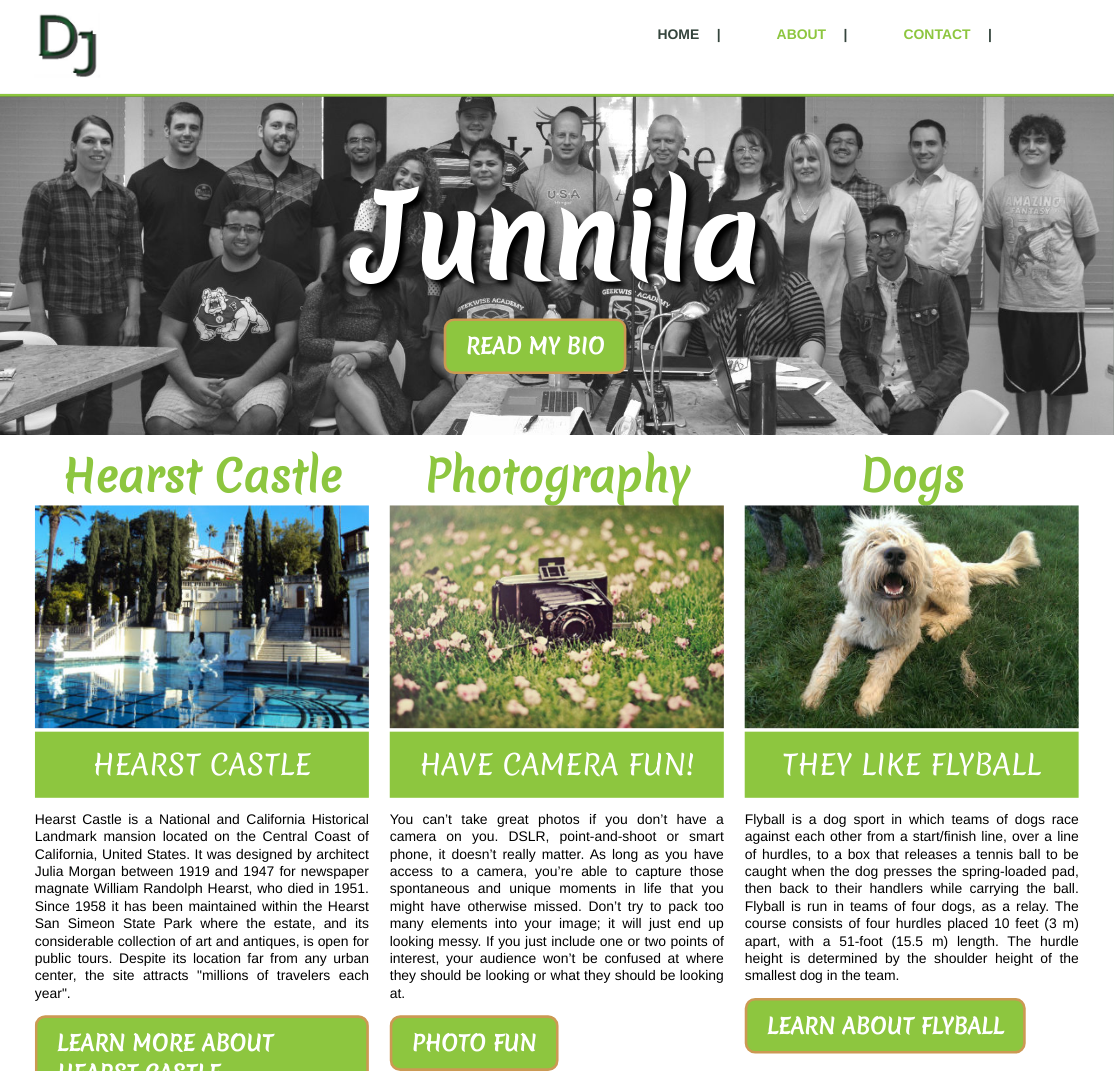
Repository: denajunnila/denaj
Page: index.html
The author's editor kept a record of every edit. The page is drawn from the files as they stood at one moment, then again after the next edit.
The browser window is 1280 px wide. The pictures show the part of the page from y = 0 to 1231 px (the page is 1831 px tall before and 1797 px after), at 87% of full size.
A picture or video elsewhere on the page could not be fetched, so the positions and the page height are approximate.

Above is the page before.

After the next edit:
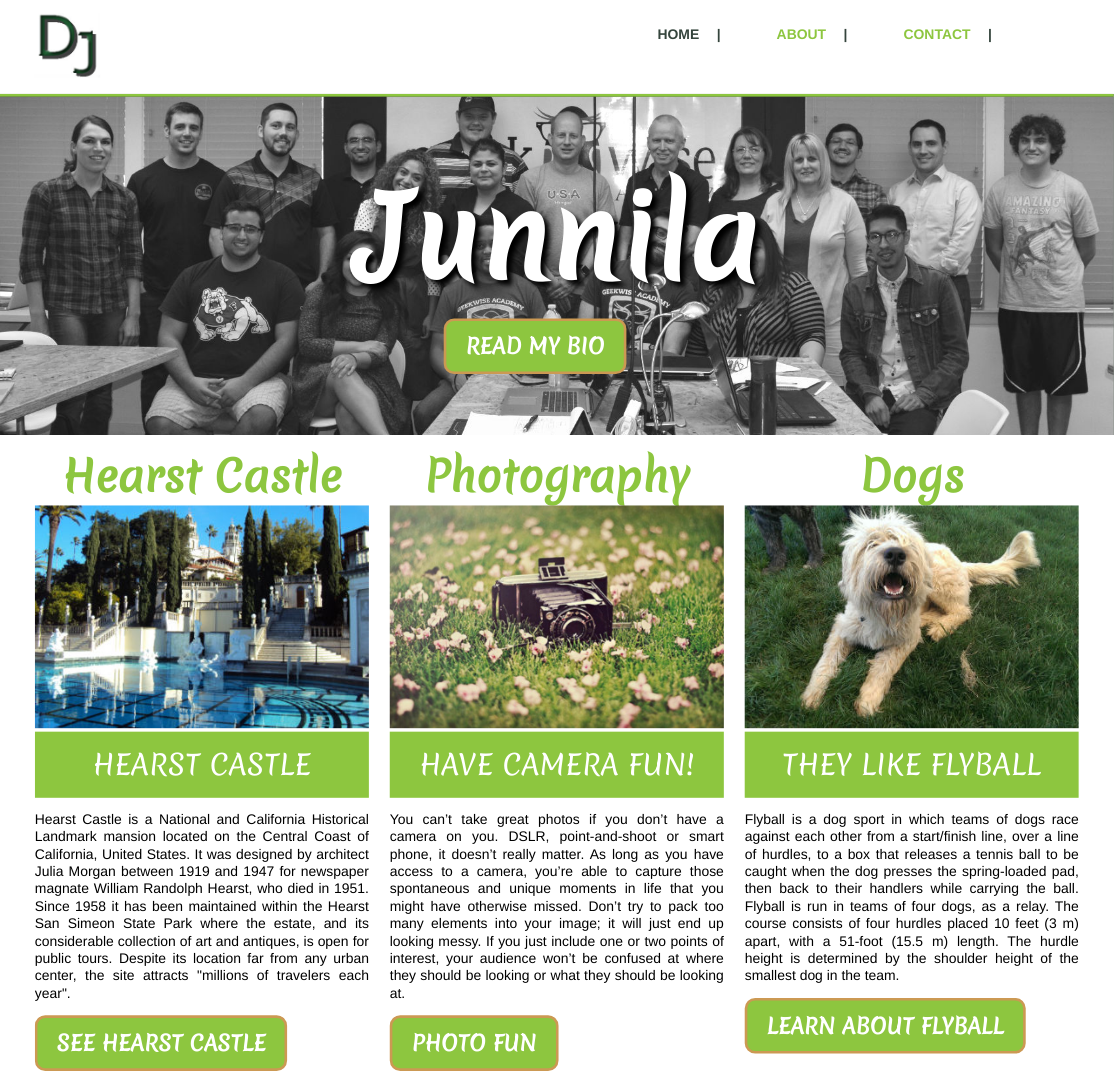
The edit:
--- a/index.html
+++ b/index.html
@@ -48,7 +48,7 @@
                     <span>Hearst Castle</span>
                 </div>
                 <p>Hearst Castle is a National and California Historical Landmark mansion located on the Central Coast of California, United States. It was designed by architect Julia Morgan between 1919 and 1947 for newspaper magnate William Randolph Hearst, who died in 1951. Since 1958 it has been maintained within the Hearst San Simeon State Park where the estate, and its considerable collection of art and antiques, is open for public tours. Despite its location far from any urban center, the site attracts "millions of travelers each year".</p>
-                <a href="http://hearstcastle.org/" target="_blank" class="button" title="Hearst Castle">Learn More about Hearst Castle</a>
+                <a href="http://hearstcastle.org/" target="_blank" class="button" title="Hearst Castle">See Hearst Castle</a>
             </article>
             <!--COLUMN (A) ENDS HERE-->
 
